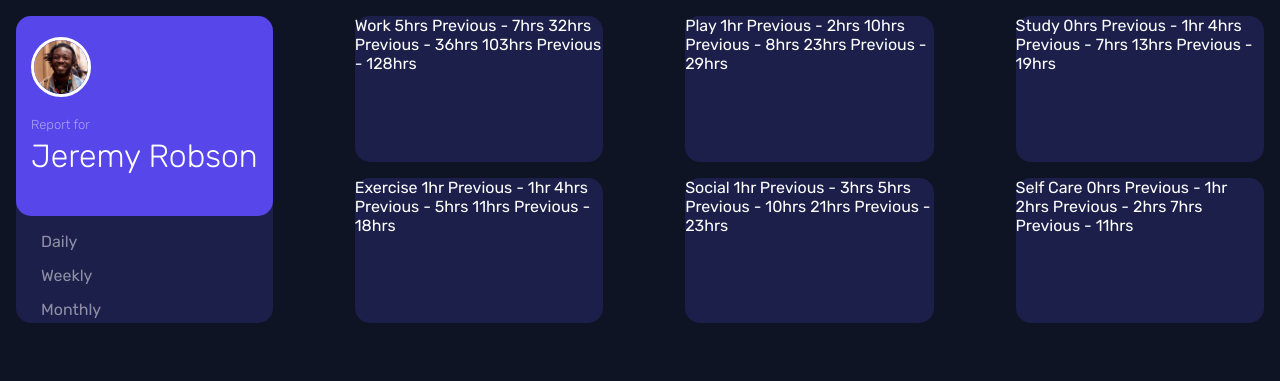
Repository: 3mr-5aled/time-tracking-dashboard-Junior
Page: index.html
An editor plug-in stored every save of this project. The page is shown before and after the next save, followed by the edit.
The browser window is 1280 px wide. The pictures show the whole page.

Above is the page before, as saved 2022-12-27 19:12:21.

After the next save:
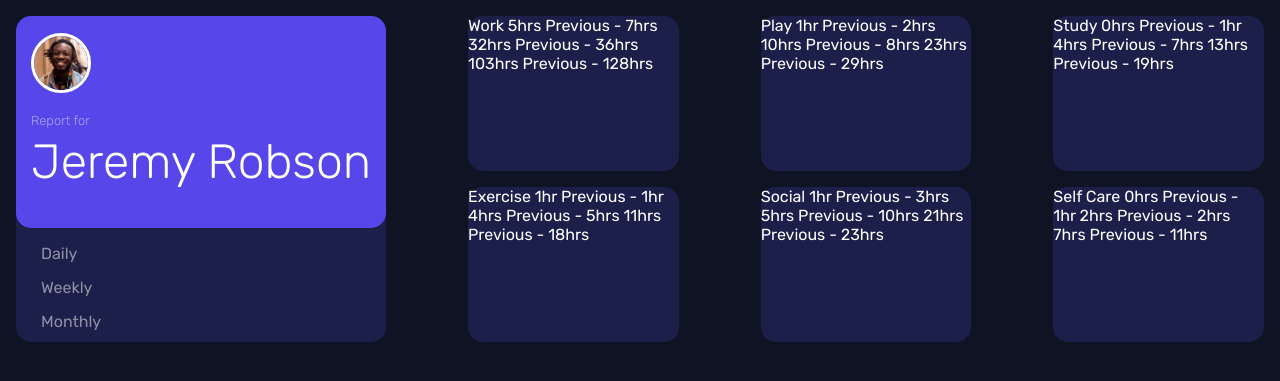
Saved 9 s later.
--- a/style.css
+++ b/style.css
@@ -157,7 +157,7 @@ img {
   .userInfo span {
     word-wrap: break-word;
     white-space: nowrap;
-    font-size: 2em;
+    font-size: 3em;
   }
   .filter {
     margin-left: 25px;
